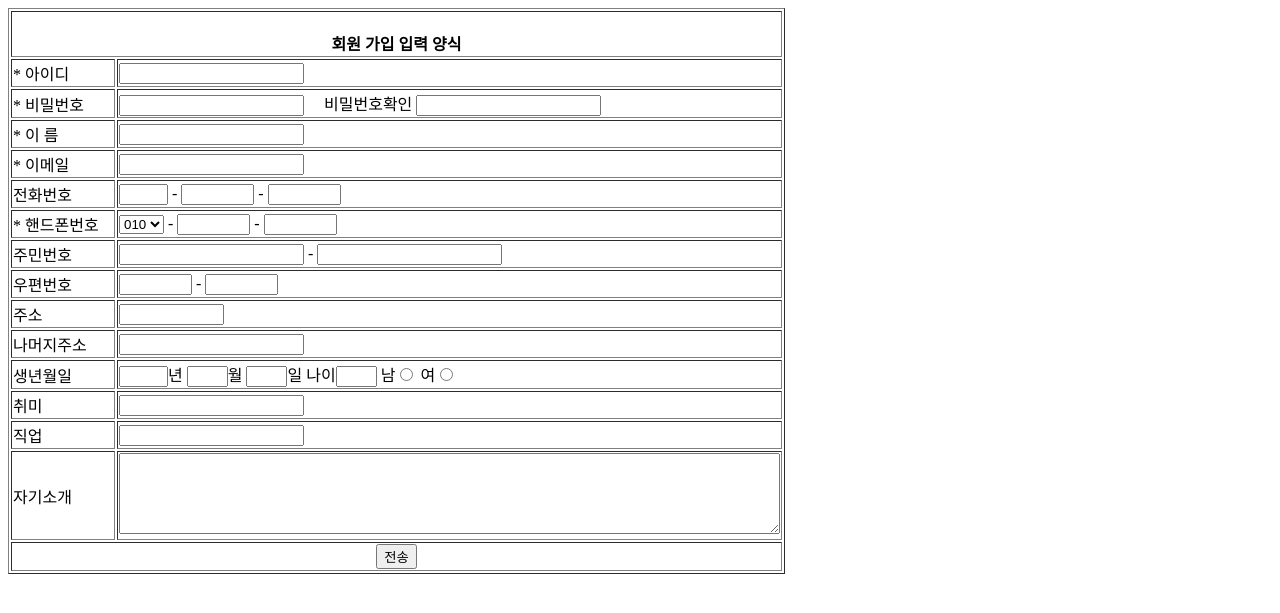
Repository: vkfkstptkd1/WebProgramming
Page: ch3_FormTag/WebContent/In_Form.html
An editor plug-in stored every save of this project. The page is shown before and after the next save, followed by the edit.
The browser window is 1280 px wide. The pictures show the whole page.

Above is the page before, as saved 2021-03-20 07:23:29.

### ch3_FormTag/WebContent/In_Form.html
<!DOCTYPE html>
<html>
<head>
<meta charset="EUC-KR">
<title>First Practice : In_ Form</title>
</head>
<body>
<form action= "In_Form_ok.jsp" method="post">
	<table border="1">
	<tr><th colspan=2><br>회원 가입 입력 양식</th></tr><!--표제목  -->
	<tr><td width= "100"> * 아이디</td>
		<td width="500"> <input type="text" name="id"></td>
	</tr>
	<tr><td> * 비밀번호</td>
		<td> <input type="text" name="pwd"> &nbsp;&nbsp;&nbsp;&nbsp;비밀번호확인 <input type="text" name="pwdok">
		</td>
	</tr>
	<tr><td> * 이 름</td>
		<td> <input type="text" name="name"></td>
	</tr>
	<tr><td> * 이메일</td>
		<td> <input type="text" name="email"></td>
	</tr>
	<tr><td> 전화번호</td>
		<td><input type="text" name="homenumber" size=3>
			-
			<input type="text" name="homenumber" size=6>
			-
			<input type="text" name="homenumber" size=6>
		</td>
	</tr>
	<tr><td> * 핸드폰번호</td>
		<td>
		<SELECT NAME="phonenumber1">
		<OPTION VALUE="010">010</OPTION>
		<OPTION VALUE="011">011</OPTION>
		<OPTION VALUE="012">012</OPTION>
		</SELECT>
		-
		<input type="text" name="phonenumber2" size=6>
		-
		<input type="text" name="phonenumber3" size=6>
		</td>
	</tr>
	<tr><td> 주민번호</td>
		<td> <input type="text" name="ssn1">
			 -
			 <input type="text" name="ssn2">
		</td>
	</tr>
	<tr><td> 우편번호</td>
		<td> <input type="text" name="pn1" size=6>
			 -
			 <input type="text" name="pn2" size=6></td>
	</tr>
	<tr><td> 주소</td>
		<td> <input type="text" name="ad" size=10 ></td>
	</tr>
	<tr><td> 나머지주소</td>
		<td> <input type="text" name="remainderad"></td>
	</tr>
	<tr><td> 생년월일</td>
		<td> <input type="text" name="year" size=3>년
			 <input type="text" name="month" size=2>월
			 <input type="text" name="day" size=2>일
			 나이<input type="text" name="age" size=2>
			 남<input type="radio" name="gender" value="남">
			 여<input type="radio" name="gender" value="여">
		</td>
	</tr>
	<tr><td> 취미</td>
		<td> <input type="text" name="id"></td>
	</tr>
	<tr><td > 직업</td>
		<td > <input type="text" name="id"></td>
	</tr>
	<tr><td > 자기소개</td>
		<td > <textarea name="intro" rows=5 cols=80></textarea></td>
	</tr>
	<tr>
		<td colspan="2"><center><input type="submit" value="전송" ></center></td>
	</tr>
	</table>
</form>
</body>
</html>

After the next save:
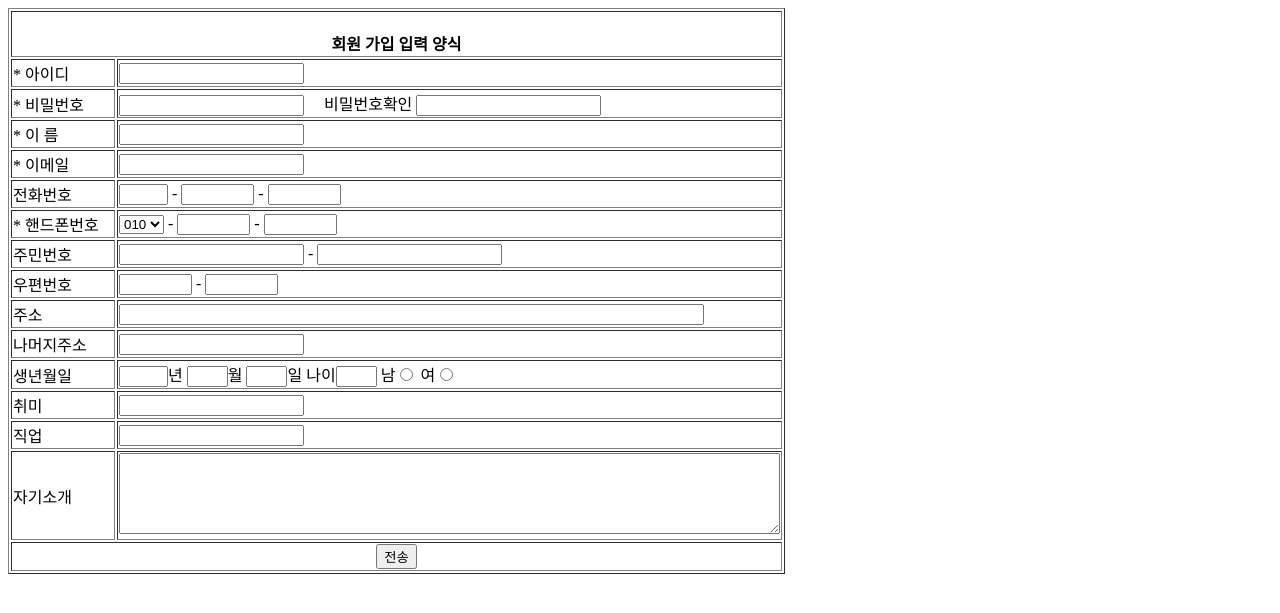
Saved 108 s later.
--- a/ch3_FormTag/WebContent/In_Form.html
+++ b/ch3_FormTag/WebContent/In_Form.html
@@ -54,7 +54,7 @@
 			 <input type="text" name="pn2" size=6></td>
 	</tr>
 	<tr><td> 주소</td>
-		<td> <input type="text" name="ad" size=10 ></td>
+		<td> <input type="text" name="ad" size=70 ></td>
 	</tr>
 	<tr><td> 나머지주소</td>
 		<td> <input type="text" name="remainderad"></td>
